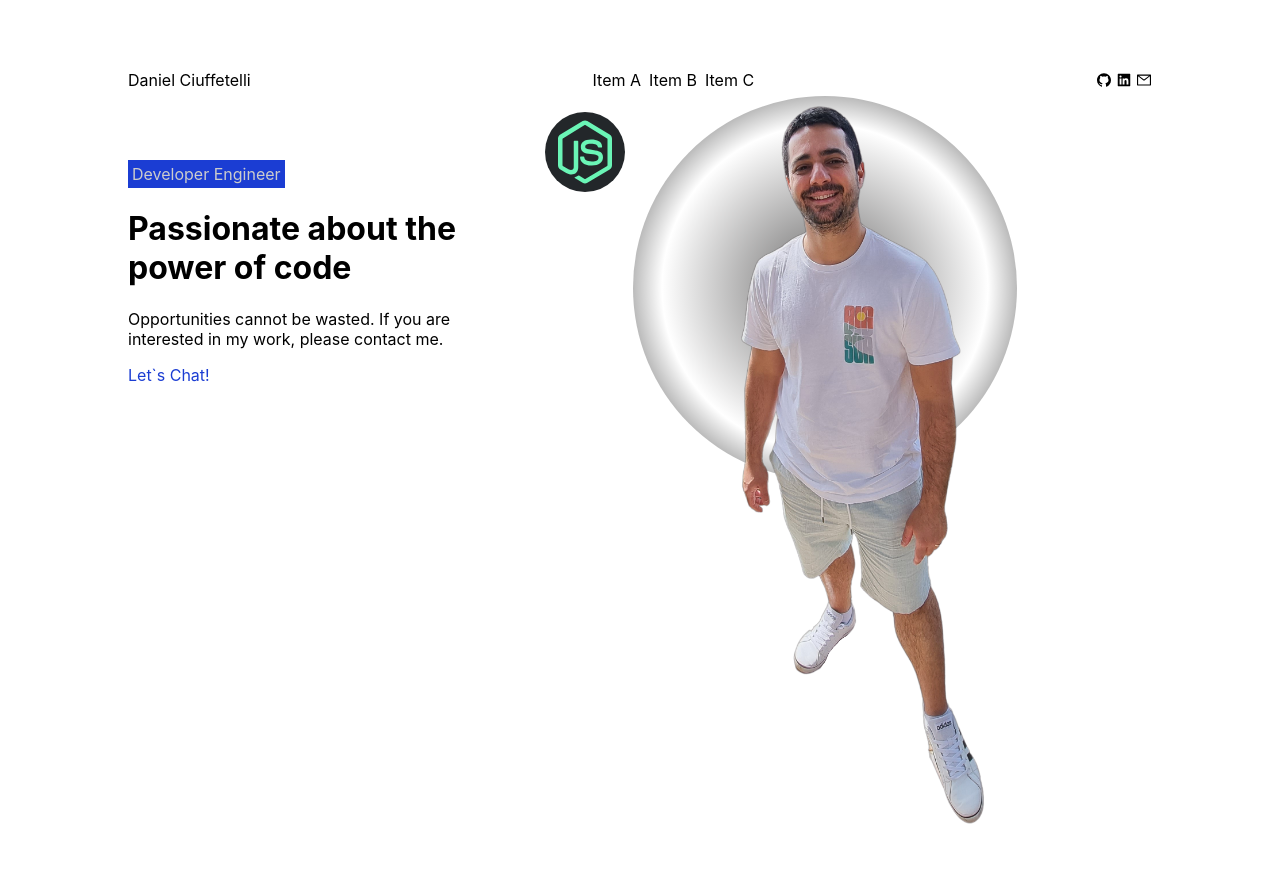
Repository: ciuffetelli/portfolio
Page: /
These files come from the project's save history. The page is drawn as it stood at one moment and after the next save; the edit follows.
The browser window is 1280 px wide. The pictures show the whole page.
The project was rebuilt for these pictures with package versions that can differ from the ones it lists, and the page was loaded fresh each time. The framework's server and built-in components were replaced by stand-ins that run in the browser. Also part of the build but not shown: next.config.js.

Above is the page before, as saved 2022-12-04 17:06:58.

After the next save:
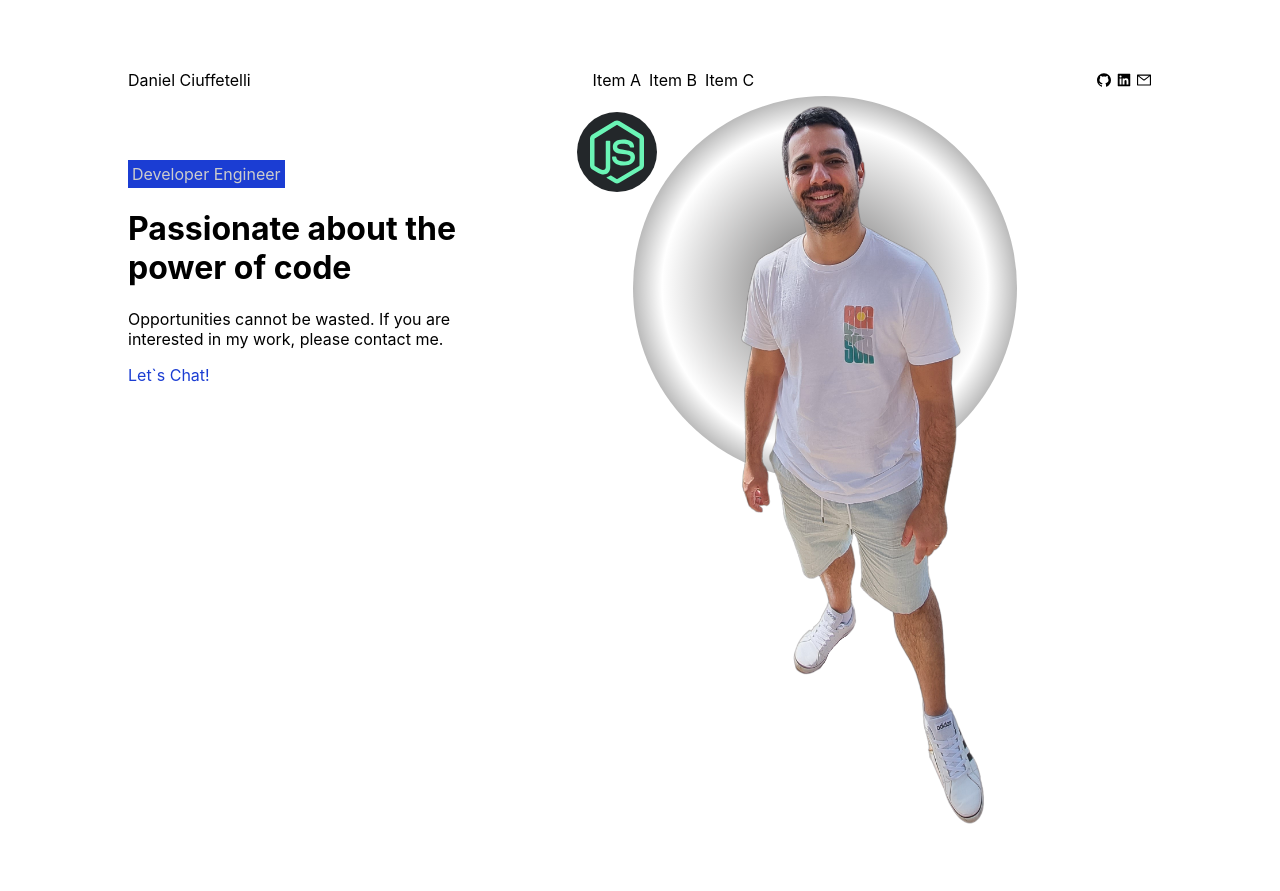
Saved 5 s later.
--- a/Components/Hero.tsx
+++ b/Components/Hero.tsx
@@ -13,7 +13,7 @@
             </LeftSide>
             <RightSide>
                 <Image src="/img/profile.png" />
-                <Tech top={1} left={3} width={5} height={5}><NodeJs /></Tech>
+                <Tech top={1} left={5} width={5} height={5}><NodeJs /></Tech>
             </RightSide>
         </Container>
     )
